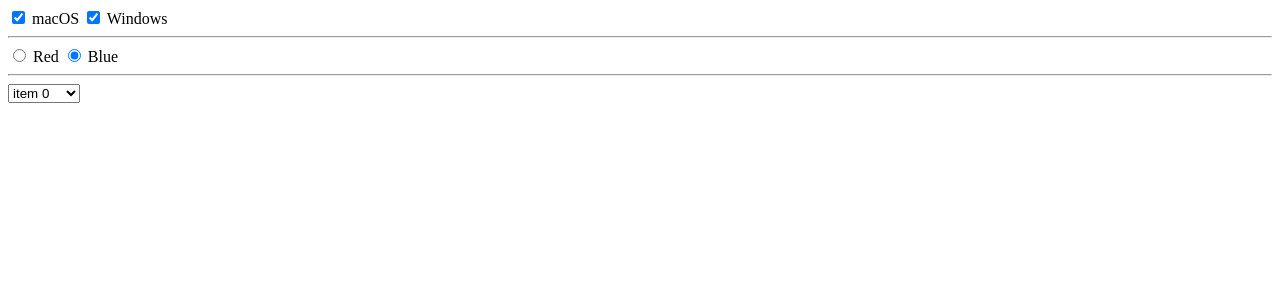
Repository: kojimayu/dotinstall-JavaScript-DOM
Page: index.html
An editor plug-in stored every save of this project. The page is shown before and after the next save, followed by the edit.
The browser window is 1280 px wide. The pictures show the whole page.

Above is the page before, as saved 2019-04-13 17:04:57.

After the next save:
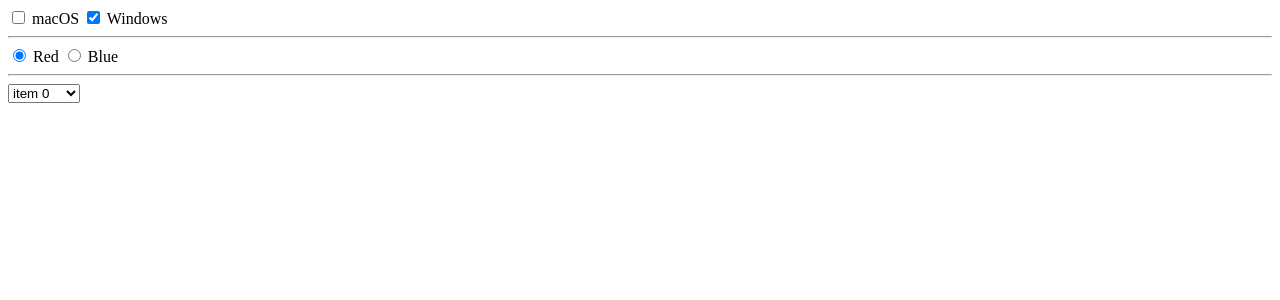
Saved 34 s later.
--- a/js/main.js
+++ b/js/main.js
@@ -1,15 +1,15 @@
 'use strict'
 
 {
-  console.log(document.querySelectorAll('input[type="checkbox"]')[0].checked);
-  console.log(document.querySelectorAll('input[type="checkbox"]')[1].checked);
+  // console.log(document.querySelectorAll('input[type="checkbox"]')[0].checked);
+  // console.log(document.querySelectorAll('input[type="checkbox"]')[1].checked);
 
-  document.querySelectorAll('input[type="checkbox"]')[0].checked =true;
+  // document.querySelectorAll('input[type="checkbox"]')[0].checked =true;
 
-  console.log(document.querySelectorAll('input[type="radio"]')[0].checked);
-  console.log(document.querySelectorAll('input[type="radio"]')[1].checked);
+  // console.log(document.querySelectorAll('input[type="radio"]')[0].checked);
+  // console.log(document.querySelectorAll('input[type="radio"]')[1].checked);
 
-  document.querySelectorAll('input[type="radio"]')[1].checked = true;
+  // document.querySelectorAll('input[type="radio"]')[1].checked = true;
 
   console.log(document.querySelectorAll('select > option')[0].selected);
   console.log(document.querySelectorAll('select > option')[1].selected);
